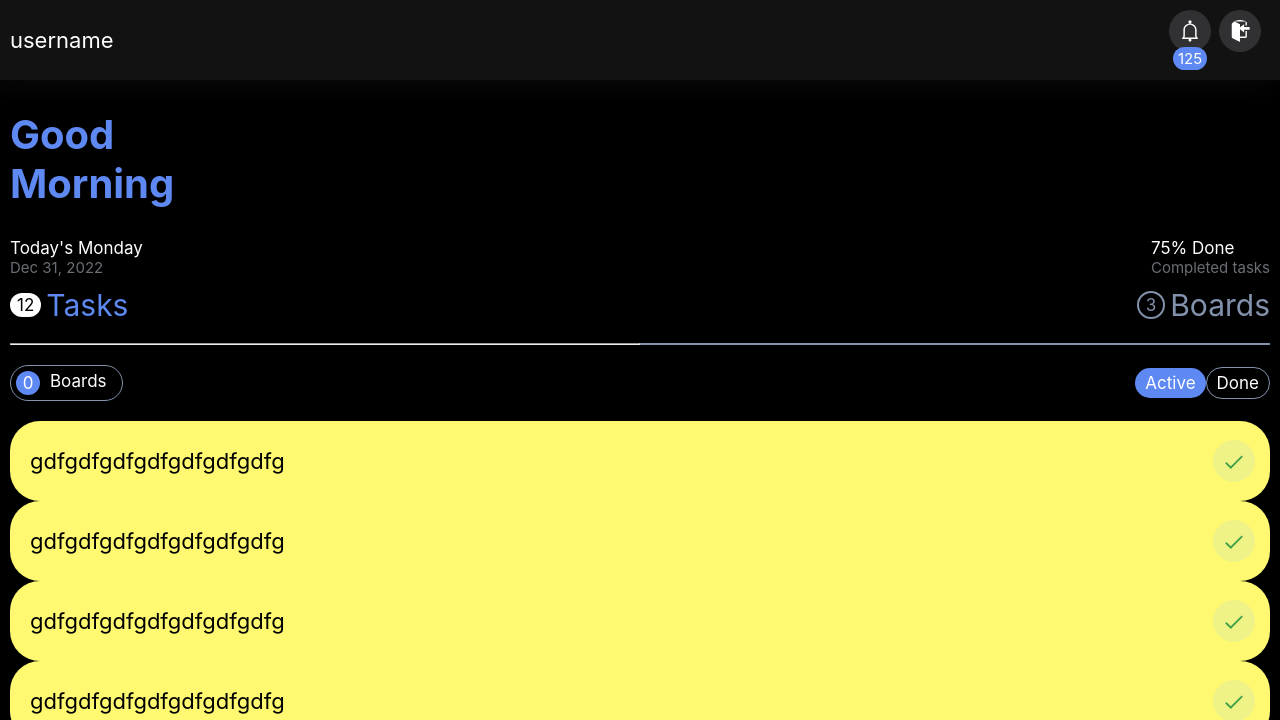
Repository: ShindanoSingi/todo-app
Page: /
These files come from the project's save history. The page is drawn as it stood at one moment and after the next save; the edit follows.
The browser window is 1280 px wide. The pictures show the whole page.
The project was rebuilt for these pictures with package versions that can differ from the ones it lists, and the page was loaded fresh each time. Also part of the build but not shown: src/pages/LandingPage.js.

Above is the page before, as saved 2023-01-01 19:16:19.

### src/index.css
* {
  font-size: 22px;
  margin: 0;
  padding: 0;
}

body {
  margin: 0;
  padding: 0;
  font-family: -apple-system, BlinkMacSystemFont, 'Segoe UI', 'Roboto', 'Oxygen',
    'Ubuntu', 'Cantarell', 'Fira Sans', 'Droid Sans', 'Helvetica Neue',
    sans-serif;
  -webkit-font-smoothing: antialiased;
  -moz-osx-font-smoothing: grayscale;
}

code {
  font-family: source-code-pro, Menlo, Monaco, Consolas, 'Courier New',
    monospace;
}

.signin-icon-signin-text-container {
  display: flex;
  align-items: center;
  flex-direction: column;
}

.bell-icon-bell-num-container {
  display: flex;
  flex-direction: column;
  align-items: center;
  margin-left: 20px;
}

.signin-text {
  display: none;
}

.bell-num,
.signin-text {
  font-size: 15px;
}

.bell-num {
  text-align: center;
  color: #fff;
  padding: 2px 5px;
  background-color: #5f89f2;
  border-radius: 50px;
  margin-top: -5px;
}

.bell-icon,
.signin-icon {
  color: white;
  padding: 10px;
  border-radius: 50px;
  background-color: #313133;
}

div.signin-icon-signin-text-container:hover p.signin-text {
  display: block;
}

.bell-icon-signin-container {
  display: grid;
  grid-template-columns: 60px 60px;
}

.username,
.signin-text {
  color: #fff;
}

.nav-bar {
  display: flex;
  align-items: center;
  justify-content: space-between;
  padding: 10px;
  background: #121212;
  box-shadow: -11px 11px 22px #070707, 11px -11px 22px #1d1d1d;
}

h1 {
  position: absolute;
  top: 10%;
  z-index: 1;
}

h2 {
  font-size: 40px;
  color: #5f89f2;
}

.salutation-container {
  margin-top: 30px;
  padding-left: 10px;
}

.day,
.percent,
.small-boards,
.done,
.active {
  font-size: 17px;
  color: #ffffff;
}

.date,
.completed {
  font-size: 15px;
  color: #6a6f75;
}

.day-to-percent-container {
  display: flex;
  justify-content: space-between;
  padding: 10px;
  margin-top: 20px;
}

.tasks-num {
  text-align: center;
  font-size: 17px;
  background: #ffff;
  padding: 2px 7px;
  border-radius: 50px;
  height: 20px;
}

.tasks {
  font-size: 30px;
  font-weight: light;
  color: #5f89f2;
}

.boards-num {
  font-size: 17px;
  color: #8292ad;
  border: 2px solid #8292ad;
  padding: 2px 7px;
  border-radius: 50px;
  height: 20px;
}

.big-boards {
  font-size: 30px;
  font-weight: light;
  color: #8292ad;
}

.tasks-num-tasks-container,
.boards-num-boards-container {
  display: flex;
  align-items: center;
  gap: 5px;
}

.line-tasks {
  width: 50%;
}

.line-boards {
  width: 50%;
  border: 1px solid #8292ad;
}

.line-tasks-ine-boards-container {
  display: flex;
  justify-content: space-between;
  /* margin-top: 10px; */
  padding: 0 10px;
}

.tasks-to-boards-container {
  display: flex;
  justify-content: space-between;
  padding: 0 10px;
}

.num-boards {
  font-size: 17px;
  text-align: center;
  color: #fff;
  background: #5f89f2;
  padding: 2px;
  border-radius: 50px;
  height: 20px;
  width: 20px;
}

.small-boards {
  color: #fff;
}

.num-boards-small-boards-container {
  display: flex;
  gap: 10px;
  border: 1px solid #8292ad;
  padding: 5px;
  border-radius: 50px;
  padding-right: 15px;
}

.active {
  text-align: center;
  background: #5f89f2;
  padding: 0px 10px;
  border-radius: 50px;
  padding: 5px 10px;
}

.done {
  display: flex;
  gap: 10px;
  border: 1px solid #8292ad;
  border-radius: 50px;
  padding: 5px 10px;
}

.active-done-container {
  display: flex;
  align-items: center;
}

.num-boards-to-small-boards-container {
  display: flex;
  justify-content: space-between;
  align-items: center;
  padding: 0 10px;
}

.task-title {
  word-wrap: break-word;
  padding: 5px;
  width: 80%;
}

.check-circle-icon {
  color: white;
  padding: 10px;
  border-radius: 50px;
  background: rgba(186, 223, 219, 0.21);
}

.todo-card {
  margin: 0 10px;
  padding: 15px;
  min-height: 50px;
  border-radius: 30px;
  display: flex;
  align-items: center;
  justify-content: space-between;
}

.main {
  display: flex;
  flex-direction: column;
  /* grid-template-rows: auto; */
  gap: 20px;
}

/* Credit: Cole McCombs; */
.landing-page-wrapper {
  height: 100%;
  display: flex;
  flex-direction: column;
  align-items: center;
  justify-content: center;
}

/* Credit: Cole McCombs; */
.button {
  min-width: 150px;
  min-height: 40px;
  font-family: 'Nunito', sans-serif;
  font-size: 22px;
  text-transform: uppercase;
  letter-spacing: 1.3px;
  font-weight: 700;
  color: #313133;
  background: #37b7ff;
  background: linear-gradient(
    90deg,
    rgb(59, 123, 190) 0%,
    rgb(29, 181, 228) 100%
  );
  border: none;
  border-radius: 1000px;
  box-shadow: 12px 12px 24px rgba(28, 120, 186, 0.64);
  transition: all 0.3s ease-in-out 0s;
  cursor: pointer;
  outline: none;
  position: absolute;
  top: 85%;
  padding: 10px;
}

/* Credit: Cole McCombs; */
button::before {
  content: '';
  border-radius: 1000px;
  min-width: calc(150px + 12px);
  min-height: calc(40px + 12px);
  border: 6px solid #008cff;
  box-shadow: 0 0 60px rgba(25, 150, 233, 0.64);
  position: absolute;
  top: 50%;
  left: 50%;
  transform: translate(-50%, -50%);
  opacity: 0;
  transition: all 0.3s ease-in-out 0s;
}

/* Credit: Cole McCombs; */
.button:hover,
.button:focus {
  color: #bfbfd4;
  transform: translateY(-6px);
}

/* Credit: Cole McCombs; */
button:hover::before,
button:focus::before {
  opacity: 1;
}

/* Credit: Cole McCombs; */
button::after {
  content: '';
  width: 30px;
  height: 30px;
  border-radius: 100%;
  border: 6px solid #0f8bdd;
  position: absolute;
  z-index: -1;
  top: 50%;
  left: 50%;
  transform: translate(-50%, -50%);
  animation: ring 1.5s infinite;
}

/* Credit: Cole McCombs; */
button:hover::after,
button:focus::after {
  animation: none;
  display: none;
}

/* Credit: Cole McCombs; */
@keyframes ring {
  0% {
    width: 20px;
    height: 20px;
    opacity: 1;
  }
  100% {
    width: 150px;
    height: 150px;
    opacity: 0;
  }
}

.landing-page-image {
  position: fixed;
  width: 100%;
  height: 100%;
}

.landing-page-image {
  -webkit-animation: anim 8s infinite linear;
  animation: anim 8s infinite linear;
}

@-webkit-keyframes anim {
  from {
    -webkit-transform: rotateY(0deg);
  }
  to {
    -webkit-transform: rotateY(90deg);
  }
}

@keyframes anim {
  from {
    transform: rotateY(90deg);
  }
  to {
    transform: rotateY(0deg);
  }
}

.container {
  height: 100%;
  width: 100%;
  position: fixed;
  background-color: #000000;
}

### src/App.js
import Todos from './pages/Todos'

import LandingPage from './pages/LandingPage'

function App() {
  return (
    <div className="">
      {/* <LandingPage /> */}
      <Todos />
    </div>
  )
}

export default App

### src/pages/Todos.js
import React from 'react'
import checkbox from '../assests/check.svg'
import { RxBell } from 'react-icons/rx'
import { GoSignIn } from 'react-icons/go'
import { FcCheckmark } from 'react-icons/fc'

function Todos() {
    let color = "#FEF970"
    return (
        <div className='container'>
            <div className='todos-wrapper'>
                <nav className='nav-bar'>
                    <p className='username'>username</p>
                    <div className='bell-icon-signin-container'>
                        <div className='bell-icon-bell-num-container'>
                            <RxBell className='bell-icon' />
                            <p className='bell-num'>125</p>
                        </div>
                        <div className='signin-icon-signin-text-container'>
                            <GoSignIn className='signin-icon' />
                            <p className='signin-text'>Sign In</p>
                        </div>

                    </div>
                </nav>
                <div className='salutation-container'>
                    <h2 className='good-text'>Good</h2>
                    <h2 className='morning-text'>Morning</h2>
                </div>

                <div className='day-to-percent-container'>
                    <div className='day-date-container'>
                        <p className='day'>Today's Monday</p>
                        <p className='date'>Dec 31, 2022</p>
                    </div>
                    <div className='percent-completed-container'>
                        <p className='percent'>75% Done</p>
                        <p className='completed'>Completed tasks</p>
                    </div>
                </div>
                <main className='main'>
                    <div className='tasks-to-boards-container'>
                        <div className='tasks-num-tasks-container'>
                            <p className='tasks-num'>12</p>
                            <p className='tasks'>Tasks</p>
                        </div>
                        <div className='boards-num-boards-container'>
                            <p className='boards-num'>3</p>
                            <p className='big-boards'>Boards</p>
                        </div>
                    </div>
                    <div className='line-tasks-ine-boards-container'>
                        <hr className='line-tasks' />
                        <hr className='line-boards' />
                    </div>

                    <div className='num-boards-to-small-boards-container'>
                        <div className='num-boards-small-boards-container'>
                            <p className='num-boards'>0</p>
                            <p className='small-boards'>Boards</p>
                        </div>
                        <div className='active-done-container'>
                            <p className='active'>Active</p>
                            <p className='done'>Done</p>
                        </div>
                    </div>
                    <div className='todos-container'>
                        <div className='todo-card' style={{ backgroundColor: color }}>
                            <p className='task-title'>gdfgdfgdfgdfgdfgdfgdfg</p>
                            < FcCheckmark className='check-circle-icon' />
                        </div>
                        <div className='todo-card' style={{ backgroundColor: color }}>
                            <p className='task-title'>gdfgdfgdfgdfgdfgdfgdfg</p>
                            < FcCheckmark className='check-circle-icon' />
                        </div>
                        <div className='todo-card' style={{ backgroundColor: color }}>
                            <p className='task-title'>gdfgdfgdfgdfgdfgdfgdfg</p>
                            < FcCheckmark className='check-circle-icon' />
                        </div>
                        <div className='todo-card' style={{ backgroundColor: color }}>
                            <p className='task-title'>gdfgdfgdfgdfgdfgdfgdfg</p>
                            < FcCheckmark className='check-circle-icon' />
                        </div>
                        <div className='todo-card' style={{ backgroundColor: color }}>
                            <p className='task-title'>gdfgdfgdfgdfgdfgdfgdfg</p>
                            < FcCheckmark className='check-circle-icon' />
                        </div>
                        <div className='todo-card' style={{ backgroundColor: color }}>
                            <p className='task-title'>gdfgdfgdfgdfgdfgdfgdfg</p>
                            < FcCheckmark className='check-circle-icon' />
                        </div>
                        <div className='todo-card' style={{ backgroundColor: color }}>
                            <p className='task-title'>gdfgdfgdfgdfgdfgdfgdfg</p>
                            < FcCheckmark className='check-circle-icon' />
                        </div>
                        <div className='todo-card' style={{ backgroundColor: color }}>
                            <p className='task-title'>gdfgdfgdfgdfgdfgdfgdfg</p>
                            < FcCheckmark className='check-circle-icon' />
                        </div>
                        <div className='todo-card' style={{ backgroundColor: color }}>
                            <p className='task-title'>gdfgdfgdfgdfgdfgdfgdfg</p>
                            < FcCheckmark className='check-circle-icon' />
                        </div>
                        <div className='todo-card' style={{ backgroundColor: color }}>
                            <p className='task-title'>gdfgdfgdfgdfgdfgdfgdfg</p>
                            < FcCheckmark className='check-circle-icon' />
                        </div>
                        <div className='todo-card' style={{ backgroundColor: color }}>
                            <p className='task-title'>gdfgdfgdfgdfgdfgdfgdfg</p>
                            < FcCheckmark className='check-circle-icon' />
                        </div>
                        <div className='todo-card' style={{ backgroundColor: color }}>
                            <p className='task-title'>gdfgdfgdfgdfgdfgdfgdfg</p>
                            < FcCheckmark className='check-circle-icon' />
                        </div>
                        <div className='todo-card' style={{ backgroundColor: color }}>
                            <p className='task-title'>gdfgdfgdfgdfgdfgdfgdfg</p>
                            < FcCheckmark className='check-circle-icon' />
                        </div>
                        <div className='todo-card' style={{ backgroundColor: color }}>
                            <p className='task-title'>gdfgdfgdfgdfgdfgdfgdfg</p>
                            < FcCheckmark className='check-circle-icon' />
                        </div>
                        <div className='todo-card' style={{ backgroundColor: color }}>
                            <p className='task-title'>gdfgdfgdfgdfgdfgdfgdfg</p>
                            < FcCheckmark className='check-circle-icon' />
                        </div>
                        <div className='todo-card' style={{ backgroundColor: color }}>
                            <p className='task-title'>gdfgdfgdfgdfgdfgdfgdfg</p>
                            < FcCheckmark className='check-circle-icon' />
                        </div>
                        <div className='todo-card' style={{ backgroundColor: color }}>
                            <p className='task-title'>gdfgdfgdfgdfgdfgdfgdfg</p>
                            < FcCheckmark className='check-circle-icon' />
                        </div>
                        <div className='todo-card' style={{ backgroundColor: color }}>
                            <p className='task-title'>gdfgdfgdfgdfgdfgdfgdfg</p>
                            < FcCheckmark className='check-circle-icon' />
                        </div>
                        <div className='todo-card' style={{ backgroundColor: color }}>
                            <p className='task-title'>gdfgdfgdfgdfgdfgdfgdfg</p>
                            < FcCheckmark className='check-circle-icon' />
                        </div>
                        <div className='todo-card' style={{ backgroundColor: color }}>
                            <p className='task-title'>gdfgdfgdfgdfgdfgdfgdfg</p>
                            < FcCheckmark className='check-circle-icon' />
                        </div>
                        <div className='todo-card' style={{ backgroundColor: color }}>
                            <p className='task-title'>gdfgdfgdfgdfgdfgdfgdfg</p>
                            < FcCheckmark className='check-circle-icon' />
                        </div>
                        <div className='todo-card' style={{ backgroundColor: color }}>
                            <p className='task-title'>gdfgdfgdfgdfgdfgdfgdfg</p>
                            < FcCheckmark className='check-circle-icon' />
                        </div>

                    </div>

                </main>
            </div>
        </div>
    )
}

export default Todos

Loaded but not shown: public/index.html (common file); src/index.js (common file); src/reportWebVitals.js (common file)

After the next save:
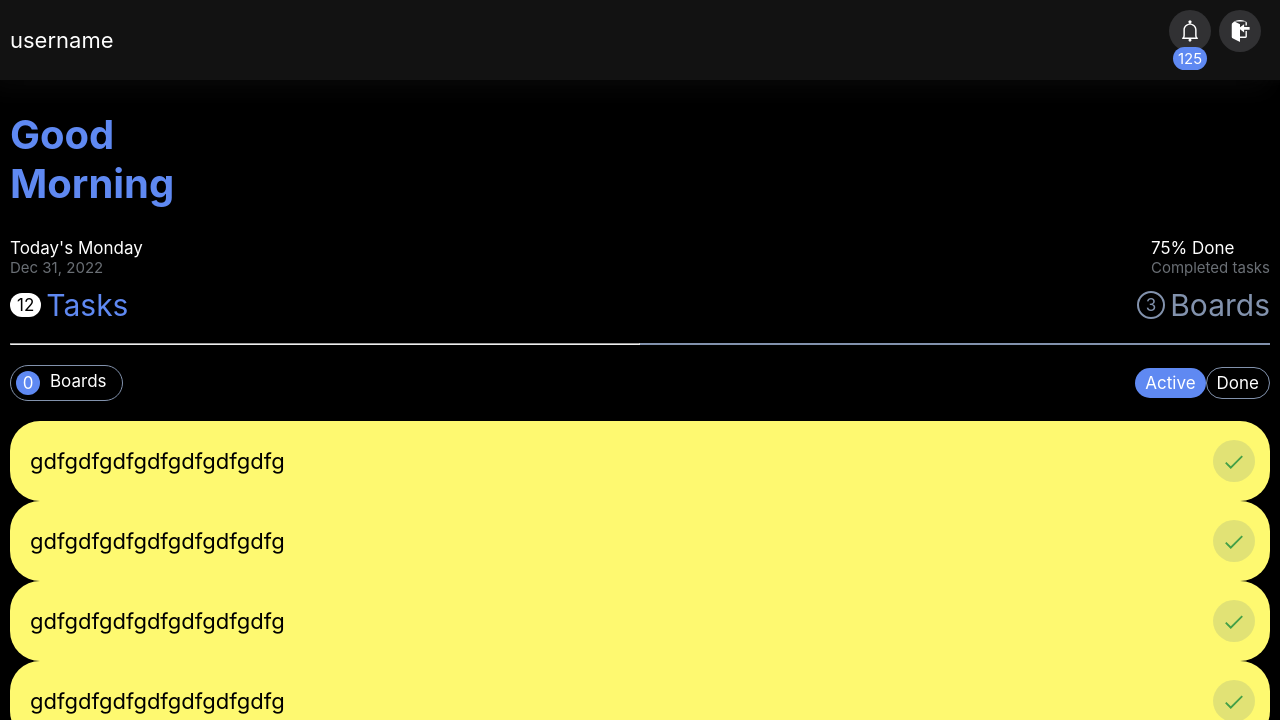
Saved 13 s later.
--- a/src/index.css
+++ b/src/index.css
@@ -240,7 +240,7 @@ h2 {
   color: white;
   padding: 10px;
   border-radius: 50px;
-  background: rgba(186, 223, 219, 0.21);
+  background: rgba(121, 141, 139, 0.21);
 }
 
 .todo-card {
